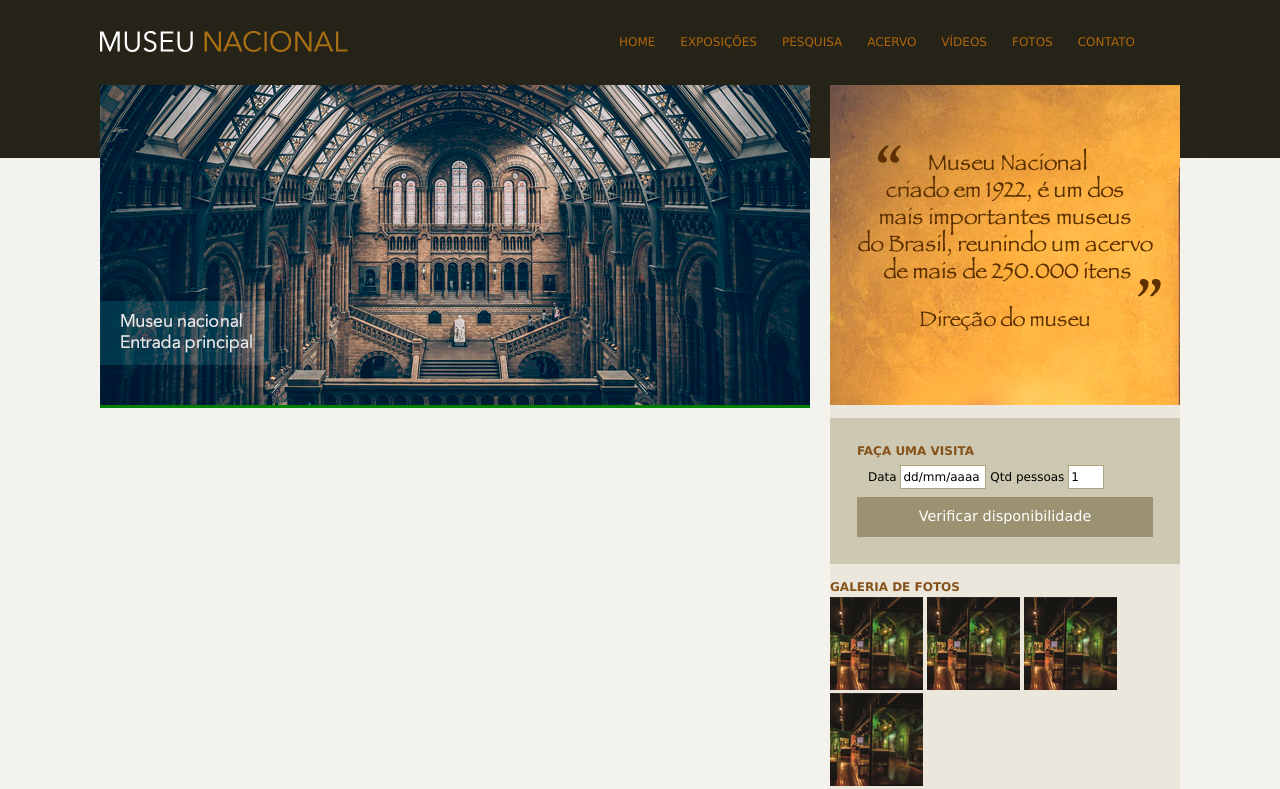
Repository: GustavoScopinho/Museu-Nacional
Page: index.html
An editor plug-in stored every save of this project. The page is shown before and after the next save, followed by the edit.
The browser window is 1280 px wide. The pictures show the whole page.

Above is the page before, as saved 2022-07-05 01:25:09.

### index.html
<!DOCTYPE html>
<html>
  <head>
    <title>Museu Nacional</title>
    <meta charset="utf-8" />
    <link rel="stylesheet" type="text/css" href="css/normalize.css" />
    <link rel="stylesheet" type="text/css" href="css/style.css" />
  </head>

  <body>
    <div id="container">
      <!-- Inicio container -->

      <header>
        <div id="logo">
          <h1><a href="">Museu Nacional</a></h1>
        </div>

        <nav>
          <ul>
            <li><a href="#">Home</a></li>
            <li><a href="#">Exposições</a></li>
            <li><a href="#">Pesquisa</a></li>
            <li><a href="#">Acervo</a></li>
            <li><a href="#">Vídeos</a></li>
            <li><a href="#">Fotos</a></li>
            <li><a href="#">Contato</a></li>
          </ul>
        </nav>
      </header>

      <div id="principal">
        <div id="conteudo">
          <section id=" capa">
            <img src="img/museu.png">
          </section>
        </div>
      <aside>
        <section id="depoimento">
          <img src="img/depoimento.png">
        </section>

      <section id="visita">
        <h4>Faça uma visita</h4>
          <form>
            <fieldset>
                <legend>Selecione uma data</legend>

                <label for="data" >Data</label>
                <input class="campo" type="text" id="data" value="dd/mm/aaaa">

                <label  for="qtd" >Qtd pessoas</label>
                <input class="campo" style="width: 30px;" type="text" id="qtd" value="1">

            </fieldset>
            <input class="botao" type="submit" value="Verificar disponibilidade">
          </form>
      </section>

      <section id="galeria">
        <h4>Galeria de fotos</h4>
          <a href="">
            <img src="img/imagem1.jpg" height="93" width="93">
          </a>
          <a href="">
            <img src="img/imagem1.jpg" height="93" width="93">
          </a>
          <a href="">
            <img src="img/imagem1.jpg" height="93" width="93">
          </a>
          <a href="">
            <img src="img/imagem1.jpg" height="93" width="93">
          </a>
      </section>

      </aside>
    </div>
    <!-- fim container -->
  </body>
</html>

### css/style.css

body {
  background: #f4f2ec url(../img/fundo.png) repeat-x;
  font: 12px "Lucida Grande", "Lucida Sans Unicode", Arial, sans-serif ;
}

#container {
  width: 1080px;
  margin: 0 auto;
}

a:link, a:active, a:visited {
  color: #af670a;
  text-decoration: none;
}

a:hover {
  color: #227115;
}

/* LOGO */

#logo h1{
  float: left;
}
#logo a {
  width: 248px;
  height: 21px;
  text-indent: -9999px;
  display: block;
  background: url(../img/logo.png) no-repeat;
}

/* navegation */

header{
  padding: 15px 0;
  height: 55px;
}

nav ul {
  list-style: none;
  margin: 20px;
  float: right;
}
nav ul li {
  float: left;
}

nav ul li a:link {
  display: block;
  margin-right: 25px;
  padding-bottom: 3px;
  text-transform: uppercase;
}

nav ul li a:hover {
  border-bottom: 1px solid #535858;
}

/* Principal */

#conteudo {
  width: 710px;
  float: left;
  background: green;
}
aside {
  width: 350px;
  float: right;
  background: #ebe7dd;
}

section#visita {
  background: #cdc8b1;
  padding: 10px 27px 27px 27px;
  margin-top: 10px;
}

h4 {
  color: #86521a;
  text-transform: uppercase;
  padding-bottom: 3px;
  margin-bottom: 0;
}

/* Formulario */

input {
  height: 20px;
  width: 80px;
  background: #fff;
  border: none;
  font-size: 1em;
}
input.campo {
  border:1px solid #ada484;
}

input.botao {
  background: #9b9271;
  color: white;
  width: 100%;
  height: 40px;
  font-size: 1.2em;
}

fieldset {
  border: none;
}

legend {
  display: none;
}

Loaded but not shown: css/normalize.css (library)

After the next save:
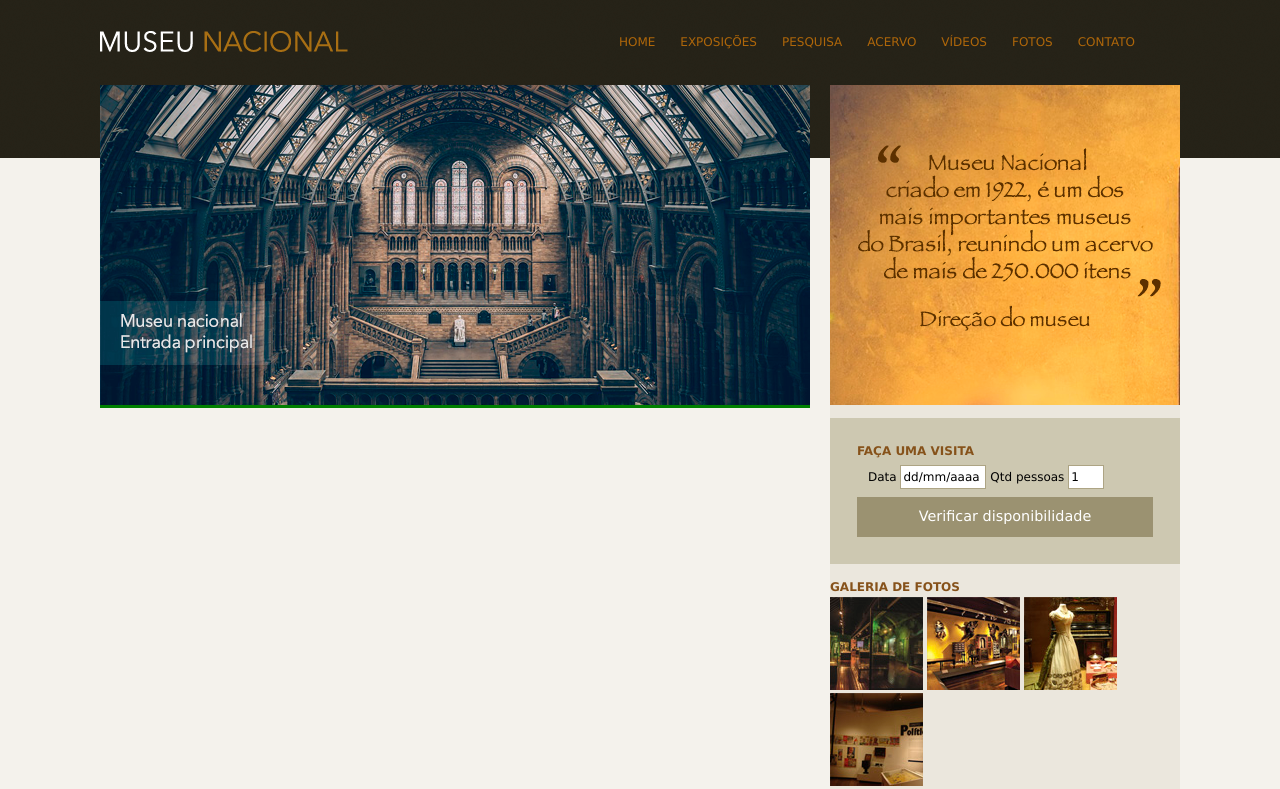
Saved 17 s later.
--- a/index.html
+++ b/index.html
@@ -63,13 +63,13 @@
             <img src="img/imagem1.jpg" height="93" width="93">
           </a>
           <a href="">
-            <img src="img/imagem1.jpg" height="93" width="93">
+            <img src="img/imagem2.jpg" height="93" width="93">
           </a>
           <a href="">
-            <img src="img/imagem1.jpg" height="93" width="93">
+            <img src="img/imagem3.jpg" height="93" width="93">
           </a>
           <a href="">
-            <img src="img/imagem1.jpg" height="93" width="93">
+            <img src="img/imagem4.jpg" height="93" width="93">
           </a>
       </section>
 
